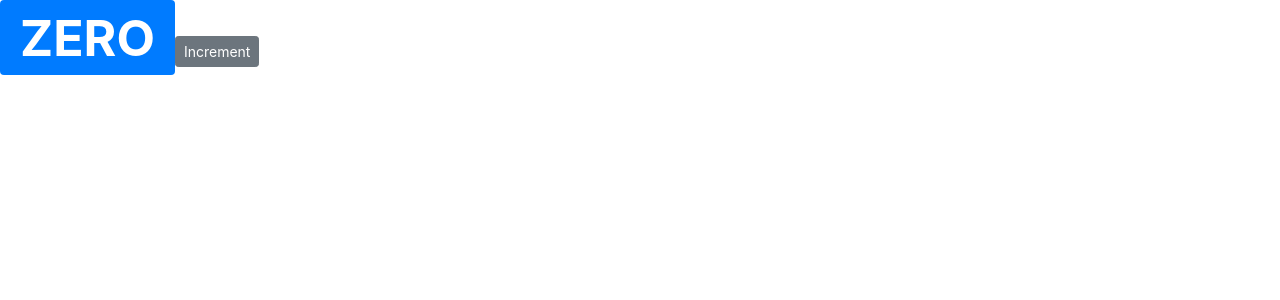
Repository: NikhilSurani/counter-app
Page: /
The author's editor kept a copy of each file at every save. The page is drawn from the files as they stood at one save, then again after the next save.
The browser window is 1280 px wide. The pictures show the whole page.
The project was rebuilt for these pictures with package versions that can differ from the ones it lists, and the page was loaded fresh each time.

Above is the page before, as saved 2018-12-28 18:49:15.

After the next save:
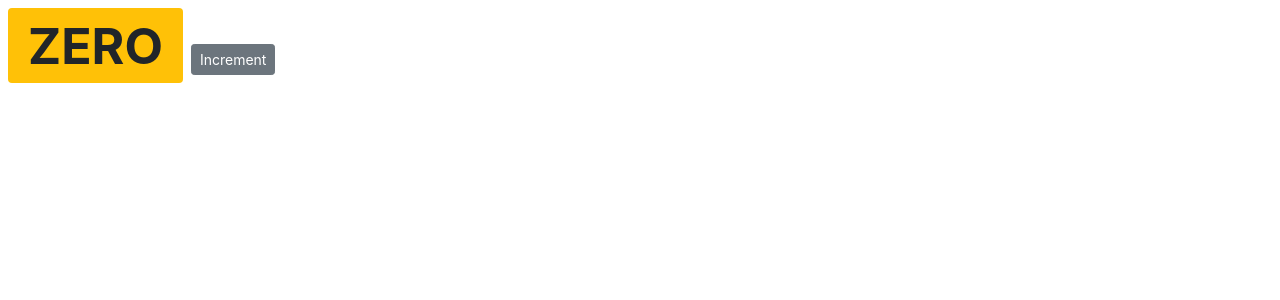
Saved 12 s later.
--- a/src/components/counter.jsx
+++ b/src/components/counter.jsx
@@ -9,7 +9,7 @@ class Counter extends Component {
     fontWeight: "bold"
   };
   render() {
-    let classes = "badge badge-primary m-2";
+    let classes = "badge m-2 badge-";
     classes += this.state.count === 0 ? "warning" : "primary";
 
     return (
